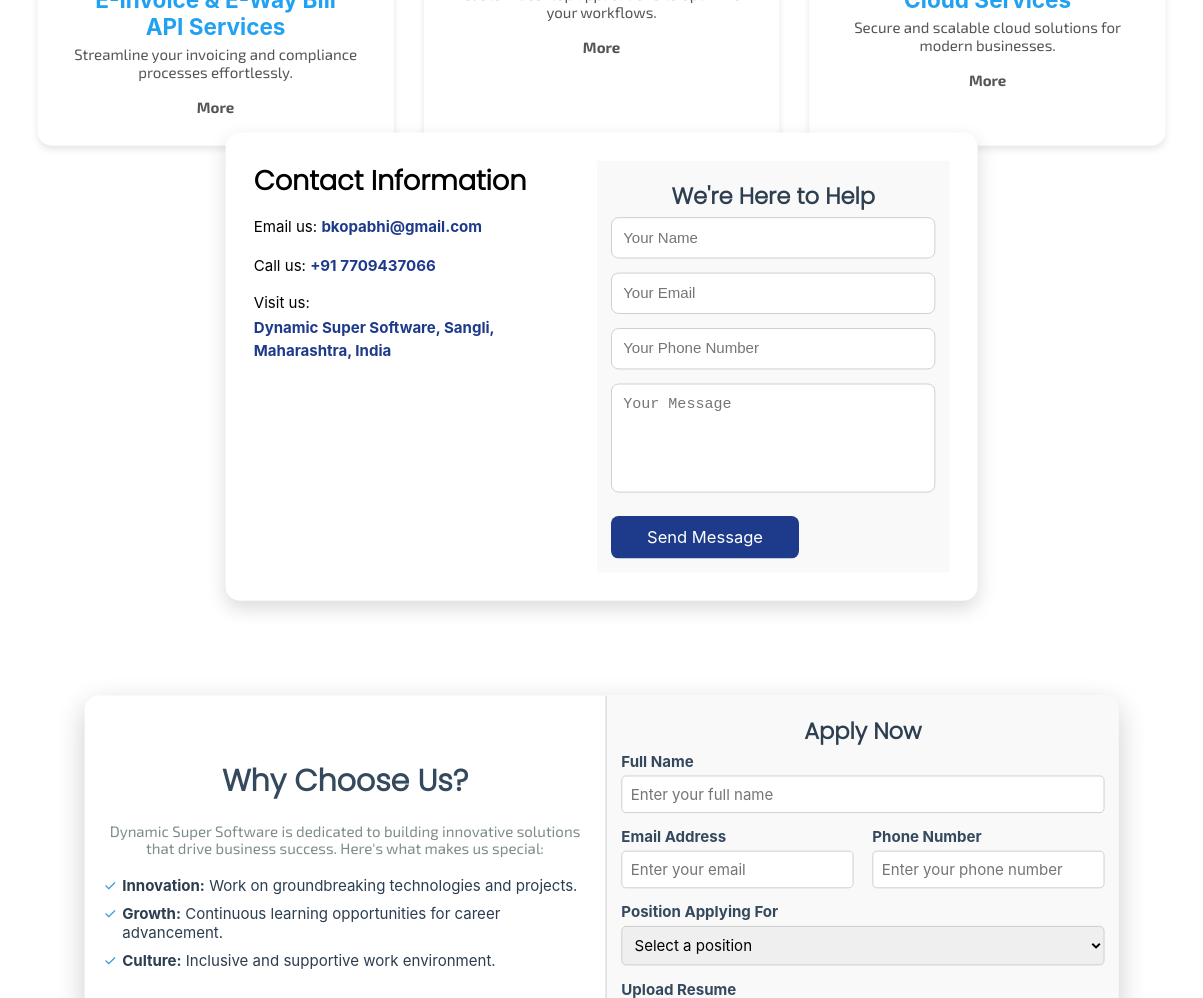
Repository: abhibkop27/CIMDR
Page: src/home.html
The author's editor kept a copy of each file at every save. The page is drawn from the files as they stood at one save, then again after the next save.
The browser window is 1280 px wide. The pictures show the part of the page from y = 2150 to 3212 px (the page is 3550 px tall), at 94% of full size.
Pictures or frames that could not be fetched are drawn as grey boxes. A picture or video elsewhere on the page could not be fetched, so the positions and the page height are approximate. Some web fonts or font styles are not loaded; a fallback is used.

Above is the page before, as saved 2025-01-17 18:04:58.

After the next save:
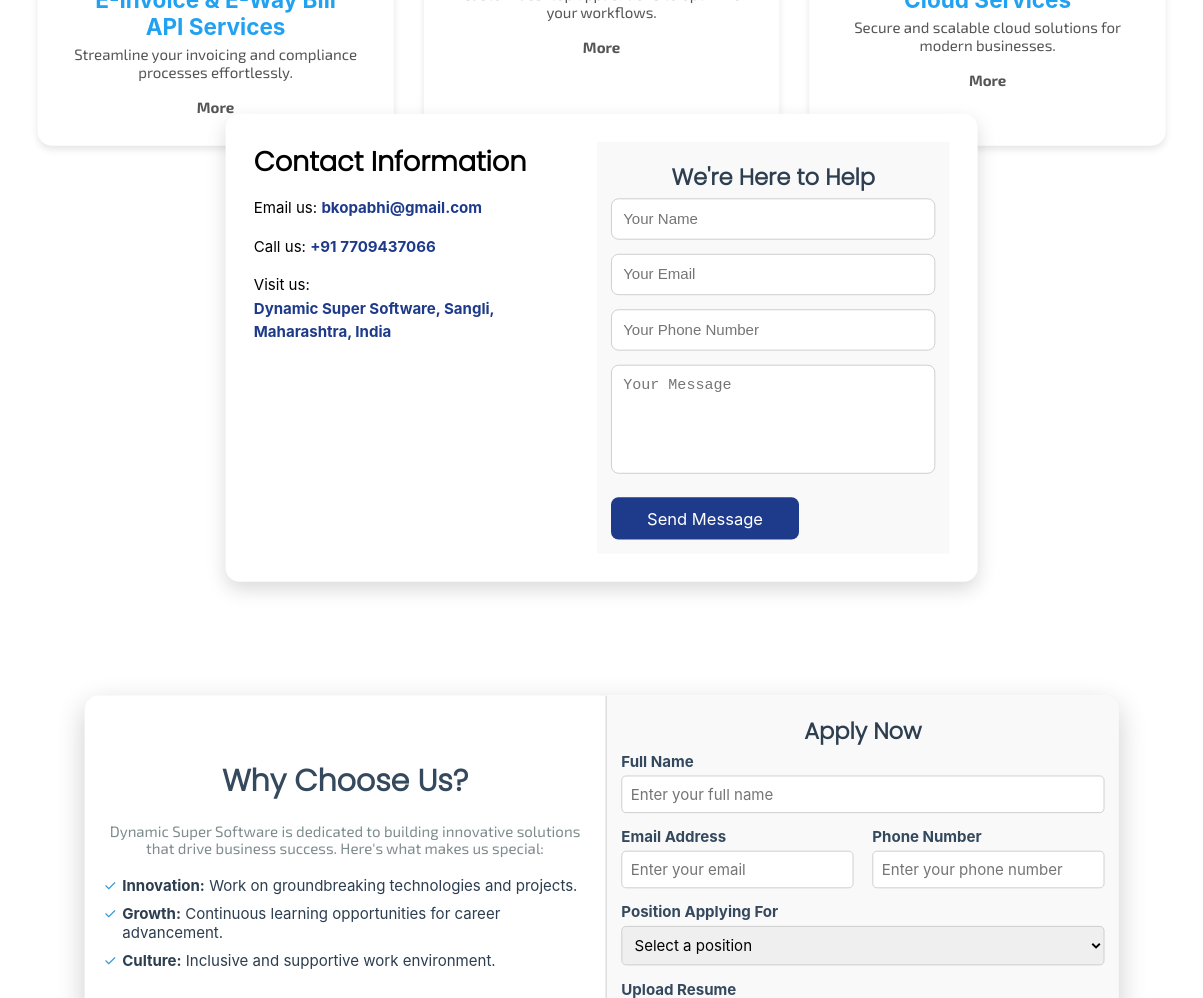
Saved 42 s later.
--- a/src/home.css
+++ b/src/home.css
@@ -417,29 +417,10 @@
 
 .contacts-card {
     width: 100%;
-    padding-top: 50px;
-}
-
-header {
-    background: linear-gradient(135deg, #61dafb, #21a1f1);
-    color: white;
-    text-align: center;
-    padding: 1.5rem;
-    border-radius: 0 0 50px 50px;
-    box-shadow: 0 4px 10px rgba(0, 0, 0, 0.1);
-    margin-left: 5%;
-}
-
-header h1 {
-    font-size: 2.8rem;
-    margin: 0;
-    font-family: 'Poppins';
-}
-
-header p {
-    font-size: 1.2rem;
-    font-family: 'Inter';
-}
+    padding-top: 30px;
+}
+
+
 
 /* Main Content */
 .main-content {
